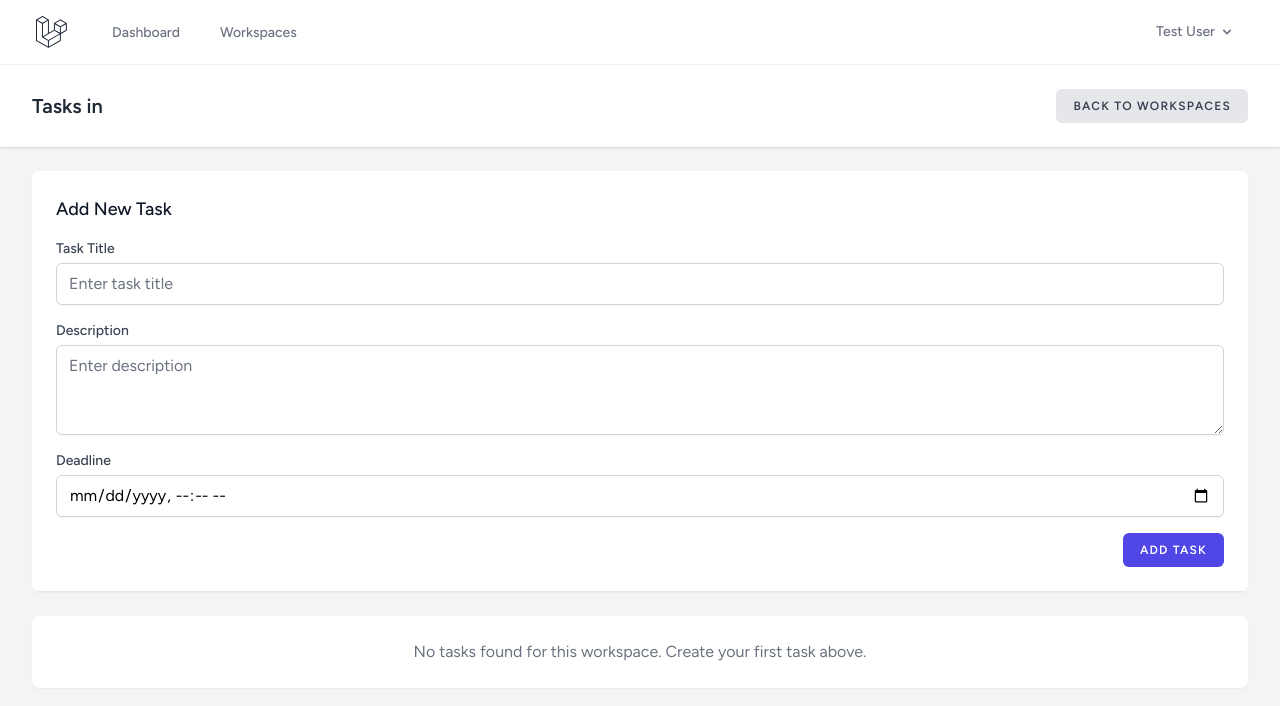
Repository: fauzan00/task-management
Page: resources/views/tasks/index.blade.php
These files come from the project's save history. The page is drawn as it stood at one moment and after the next save; the edit follows.
The browser window is 1280 px wide. The pictures show the whole page.
The page is served by the project's Laravel application, run on PHP 8.4 with Laravel 12. A made-up administrator, Test User (test@example.com), is signed in. Other server files are loaded and not shown. Style sheets and scripts are compiled from the project's sources, by tool versions that may differ from the author's. The template is opened directly, without the code that normally fills it, so the values that code supplies are empty.

Above is the page before, as saved 2025-08-13 00:00:17.

### app/Providers/AppServiceProvider.php
<?php

namespace App\Providers;

use App\Models\Task;
use App\Models\Workspace;
use App\Policies\TaskPolicy;
use App\Policies\WorkspacePolicy;
use Illuminate\Support\ServiceProvider;

class AppServiceProvider extends ServiceProvider
{
    protected $policies = [
        Workspace::class => WorkspacePolicy::class,
        Task::class => TaskPolicy::class,
    ];

    /**
     * Register any application services.
     */
    public function register(): void
    {
        //
    }

    /**
     * Bootstrap any application services.
     */
    public function boot(): void
    {
        //
            //   $this->registerPolicies();
    }
}

### routes/web.php
<?php

use App\Http\Controllers\DashboardController;
use App\Http\Controllers\ProfileController;
use App\Http\Controllers\TaskController;
use App\Http\Controllers\WorkspaceController;
use Illuminate\Support\Facades\Route;
use SebastianBergmann\CodeCoverage\Report\Html\Dashboard;

Route::get('/', function () {
    return view('welcome');
});

// Route::get('/dashboard', function () {
//     return view('dashboard');
// })->middleware(['auth', 'verified'])->name('dashboard');

Route::middleware('auth')->group(function () {
    Route::get('/profile', [ProfileController::class, 'edit'])->name('profile.edit');
    Route::patch('/profile', [ProfileController::class, 'update'])->name('profile.update');
    Route::delete('/profile', [ProfileController::class, 'destroy'])->name('profile.destroy');

    Route::resource('workspaces', WorkspaceController::class);

    Route::prefix('workspaces/{workspace}')->group(function () {
        Route::resource('tasks', TaskController::class)->except(['index']);
        Route::get('tasks', [TaskController::class, 'index'])->name('workspaces.tasks.index');
    });

    Route::get('/dashboard', [DashboardController::class, 'index'])->name('dashboard');

    // Route::get('/dashboard', function () {
    //     return view('dashboard');
    // })->name('dashboard');
});

require __DIR__.'/auth.php';

### app/Http/Controllers/Controller.php
<?php

namespace App\Http\Controllers;
use Illuminate\Foundation\Auth\Access\AuthorizesRequests;

abstract class Controller
{
    //
        use AuthorizesRequests;
}

### app/Models/User.php
<?php

namespace App\Models;

// use Illuminate\Contracts\Auth\MustVerifyEmail;
use Illuminate\Database\Eloquent\Factories\HasFactory;
use Illuminate\Foundation\Auth\User as Authenticatable;
use Illuminate\Notifications\Notifiable;

class User extends Authenticatable
{
    /** @use HasFactory<\Database\Factories\UserFactory> */
    use HasFactory, Notifiable;

    /**
     * The attributes that are mass assignable.
     *
     * @var list<string>
     */
    protected $fillable = [
        'name',
            'username',
        'email',
        'password',
    ];

    /**
     * The attributes that should be hidden for serialization.
     *
     * @var list<string>
     */
    protected $hidden = [
        'password',
        'remember_token',
    ];

    /**
     * Get the attributes that should be cast.
     *
     * @return array<string, string>
     */
    protected function casts(): array
    {
        return [
            'email_verified_at' => 'datetime',
            'password' => 'hashed',
        ];
    }

    public function workspaces()
    {
        return $this->hasMany(Workspace::class);
    }
}

### resources/views/tasks/index.blade.php
<x-app-layout>
    <x-slot name="header">
        <div class="flex justify-between items-center">
            <h2 class="font-semibold text-xl text-gray-800 leading-tight">
                Tasks in {{ $workspace->name }}
            </h2>
            <a href="{{ route('workspaces.index') }}"
                class="inline-flex items-center px-4 py-2 bg-gray-200 border border-transparent rounded-md font-semibold text-xs text-gray-700 uppercase tracking-widest hover:bg-gray-300 focus:bg-gray-300 active:bg-gray-400 focus:outline-none focus:ring-2 focus:ring-gray-500 focus:ring-offset-2 transition ease-in-out duration-150">
                Back to Workspaces
            </a>
        </div>
    </x-slot>

    <div class="py-6">
        <div class="max-w-7xl mx-auto sm:px-6 lg:px-8">
            <!-- Add Task Card -->
            <div class="bg-white overflow-hidden shadow-sm sm:rounded-lg mb-6">
                <div class="p-6 bg-white border-b border-gray-200">
                    <h3 class="text-lg font-medium text-gray-900 mb-4">Add New Task</h3>
                    <form action="{{ route('tasks.store', $workspace) }}" method="POST">
                        @csrf
                        <div class="mb-4">
                            <label for="title" class="block text-sm font-medium text-gray-700">Task Title</label>
                            <input type="text" name="title" id="title"
                                class="mt-1 block w-full rounded-md border-gray-300 shadow-sm focus:border-indigo-500 focus:ring-indigo-500"
                                placeholder="Enter task title" required>
                        </div>
                        <div class="mb-4">
                            <label for="description" class="block text-sm font-medium text-gray-700">Description</label>
                            <textarea name="description" id="description" rows="3"
                                class="mt-1 block w-full rounded-md border-gray-300 shadow-sm focus:border-indigo-500 focus:ring-indigo-500"
                                placeholder="Enter description"></textarea>
                        </div>
                        <div class="mb-4">
                            <label for="deadline" class="block text-sm font-medium text-gray-700">Deadline</label>
                            <input type="datetime-local" name="deadline" id="deadline"
                                class="mt-1 block w-full rounded-md border-gray-300 shadow-sm focus:border-indigo-500 focus:ring-indigo-500"
                                required min="{{ now()->format('Y-m-d\TH:i') }}">
                        </div>
                        <div class="flex justify-end">
                            <button type="submit"
                                class="inline-flex items-center px-4 py-2 bg-indigo-600 border border-transparent rounded-md font-semibold text-xs text-white uppercase tracking-widest hover:bg-indigo-700 focus:bg-indigo-700 active:bg-indigo-900 focus:outline-none focus:ring-2 focus:ring-indigo-500 focus:ring-offset-2 transition ease-in-out duration-150">
                                Add Task
                            </button>
                            {{-- <button type="submit" style="background: blue; color: white; padding: 10px;">Add
                                Task</button> --}}

                        </div>
                    </form>
                </div>
            </div>

            <!-- Tasks List -->
            @if ($tasks->isEmpty())
                <div class="bg-white overflow-hidden shadow-sm sm:rounded-lg">
                    <div class="p-6 text-center text-gray-500">
                        No tasks found for this workspace. Create your first task above.
                    </div>
                </div>
            @else
                <div class="space-y-4">
                    @foreach ($tasks as $task)
                        <div
                            class="bg-white overflow-hidden shadow-sm sm:rounded-lg {{ $task->completed ? 'border-l-4 border-green-500' : '' }}">
                            <div class="p-6">
                                <div class="flex justify-between items-start">
                                    <div class="flex-1 mr-4">
                                        <div class="flex items-center">
                                            <h3 class="text-lg font-medium text-gray-900">{{ $task->title }}</h3>
                                            @if ($task->completed)
                                                <span
                                                    class="ml-2 inline-flex items-center px-2.5 py-0.5 rounded-full text-xs font-medium bg-green-100 text-green-800">
                                                    Completed
                                                </span>
                                            @endif
                                        </div>
                                        @if ($task->description)
                                            <p class="mt-1 text-gray-600">{{ $task->description }}</p>
                                        @endif
                                        <div class="mt-2 flex items-center text-sm text-gray-500">
                                            <span class="mr-3">Created:
                                                {{ $task->created_at->diffForHumans() }}</span>
                                            @if ($task->completed)
                                                <span>Completed: {{ $task->completed_at->diffForHumans() }}</span>
                                            @endif
                                        </div>
                                    </div>
                                    <div class="flex flex-col items-end">
                                        <span
                                            class="inline-flex items-center px-2.5 py-0.5 rounded-full text-xs font-medium {{ $task->completed ? 'bg-green-100 text-green-800' : 'bg-yellow-100 text-yellow-800' }}">
                                            {{ $task->deadlineStatus() }}
                                        </span>
                                        <form action="{{ route('tasks.update', [$workspace, $task]) }}" method="POST"
                                            class="mt-2">
                                            @csrf
                                            @method('PUT')
                                            <label class="inline-flex items-center cursor-pointer">
                                                <input type="checkbox" name="completed" class="sr-only peer"
                                                    {{ $task->completed ? 'checked' : '' }}
                                                    onchange="this.form.submit()">
                                                <div
                                                    class="relative w-11 h-6 bg-gray-200 peer-focus:outline-none peer-focus:ring-4 peer-focus:ring-indigo-300 rounded-full peer peer-checked:after:translate-x-full peer-checked:after:border-white after:content-[''] after:absolute after:top-[2px] after:left-[2px] after:bg-white after:border-gray-300 after:border after:rounded-full after:h-5 after:w-5 after:transition-all peer-checked:bg-indigo-600">
                                                </div>
                                                <span
                                                    class="ml-2 text-sm font-medium text-gray-900">{{ $task->completed ? 'Completed' : 'Mark Complete' }}</span>
                                            </label>
                                        </form>
                                    </div>
                                </div>
                            </div>
                        </div>
                    @endforeach
                </div>
            @endif
        </div>
    </div>
</x-app-layout>

### resources/views/layouts/app.blade.php
<!DOCTYPE html>
<html lang="{{ str_replace('_', '-', app()->getLocale()) }}">

<head>
    <meta charset="utf-8">
    <meta name="viewport" content="width=device-width, initial-scale=1">
    <meta name="csrf-token" content="{{ csrf_token() }}">

    <title>{{ config('app.name', 'Laravel') }}</title>

    <!-- Fonts -->
    <link rel="preconnect" href="https://fonts.bunny.net">
    <link href="https://fonts.bunny.net/css?family=figtree:400,500,600&display=swap" rel="stylesheet" />

    <!-- Scripts -->
    @vite(['resources/css/app.css', 'resources/js/app.js'])
</head>

<body class="font-sans antialiased">
    <div class="min-h-screen bg-gray-100 dark:bg-gray-900">
        @include('layouts.navigation')

        <!-- Page Heading -->
        @isset($header)
            <header class="bg-white dark:bg-gray-800 shadow">
                <div class="max-w-7xl mx-auto py-6 px-4 sm:px-6 lg:px-8">
                    {{ $header }}
                </div>
            </header>
        @endisset

        <!-- Page Content -->
        <main>
            {{ $slot ?? '' }}
        </main>
    </div>
</body>

</html>

### resources/views/layouts/navigation.blade.php
<nav x-data="{ open: false }" class="bg-white dark:bg-gray-800 border-b border-gray-100 dark:border-gray-700">
    <!-- Primary Navigation Menu -->
    <div class="max-w-7xl mx-auto px-4 sm:px-6 lg:px-8">
        <div class="flex justify-between h-16">
            <div class="flex">
                <!-- Logo -->
                <div class="shrink-0 flex items-center">
                    <a href="{{ route('dashboard') }}">
                        <x-application-logo class="block h-9 w-auto fill-current text-gray-800 dark:text-gray-200" />
                    </a>
                </div>

                <!-- Navigation Links -->
                <div class="hidden space-x-8 sm:-my-px sm:ms-10 sm:flex">
                    <x-nav-link :href="route('dashboard')" :active="request()->routeIs('dashboard')">
                        {{ __('Dashboard') }}
                    </x-nav-link>
                    <x-nav-link :href="route('workspaces.index')" :active="request()->routeIs('workspaces.*')">
                        {{ __('Workspaces') }}
                    </x-nav-link>

                </div>
            </div>

            <!-- Settings Dropdown -->
            <div class="hidden sm:flex sm:items-center sm:ms-6">
                <x-dropdown align="right" width="48">
                    <x-slot name="trigger">
                        <button
                            class="inline-flex items-center px-3 py-2 border border-transparent text-sm leading-4 font-medium rounded-md text-gray-500 dark:text-gray-400 bg-white dark:bg-gray-800 hover:text-gray-700 dark:hover:text-gray-300 focus:outline-none transition ease-in-out duration-150">
                            <div>{{ Auth::user()->name }}</div>

                            <div class="ms-1">
                                <svg class="fill-current h-4 w-4" xmlns="http://www.w3.org/2000/svg"
                                    viewBox="0 0 20 20">
                                    <path fill-rule="evenodd"
                                        d="M5.293 7.293a1 1 0 011.414 0L10 10.586l3.293-3.293a1 1 0 111.414 1.414l-4 4a1 1 0 01-1.414 0l-4-4a1 1 0 010-1.414z"
                                        clip-rule="evenodd" />
                                </svg>
                            </div>
                        </button>
                    </x-slot>

                    <x-slot name="content">
                        <x-dropdown-link :href="route('profile.edit')">
                            {{ __('Profile') }}
                        </x-dropdown-link>

                        <!-- Authentication -->
                        <form method="POST" action="{{ route('logout') }}">
                            @csrf

                            <x-dropdown-link :href="route('logout')"
                                onclick="event.preventDefault();
                                                this.closest('form').submit();">
                                {{ __('Log Out') }}
                            </x-dropdown-link>
                        </form>
                    </x-slot>
                </x-dropdown>
            </div>

            <!-- Hamburger -->
            <div class="-me-2 flex items-center sm:hidden">
                <button @click="open = ! open"
                    class="inline-flex items-center justify-center p-2 rounded-md text-gray-400 dark:text-gray-500 hover:text-gray-500 dark:hover:text-gray-400 hover:bg-gray-100 dark:hover:bg-gray-900 focus:outline-none focus:bg-gray-100 dark:focus:bg-gray-900 focus:text-gray-500 dark:focus:text-gray-400 transition duration-150 ease-in-out">
                    <svg class="h-6 w-6" stroke="currentColor" fill="none" viewBox="0 0 24 24">
                        <path :class="{ 'hidden': open, 'inline-flex': !open }" class="inline-flex"
                            stroke-linecap="round" stroke-linejoin="round" stroke-width="2"
                            d="M4 6h16M4 12h16M4 18h16" />
                        <path :class="{ 'hidden': !open, 'inline-flex': open }" class="hidden" stroke-linecap="round"
                            stroke-linejoin="round" stroke-width="2" d="M6 18L18 6M6 6l12 12" />
                    </svg>
                </button>
            </div>
        </div>
    </div>

    <!-- Responsive Navigation Menu -->
    <div :class="{ 'block': open, 'hidden': !open }" class="hidden sm:hidden">
        <div class="pt-2 pb-3 space-y-1">
            <x-responsive-nav-link :href="route('dashboard')" :active="request()->routeIs('dashboard')">
                {{ __('Dashboard') }}
            </x-responsive-nav-link>
        </div>

        <!-- Responsive Settings Options -->
        <div class="pt-4 pb-1 border-t border-gray-200 dark:border-gray-600">
            <div class="px-4">
                <div class="font-medium text-base text-gray-800 dark:text-gray-200">{{ Auth::user()->name }}</div>
                <div class="font-medium text-sm text-gray-500">{{ Auth::user()->email }}</div>
            </div>

            <div class="mt-3 space-y-1">
                <x-responsive-nav-link :href="route('profile.edit')">
                    {{ __('Profile') }}
                </x-responsive-nav-link>

                <!-- Authentication -->
                <form method="POST" action="{{ route('logout') }}">
                    @csrf

                    <x-responsive-nav-link :href="route('logout')"
                        onclick="event.preventDefault();
                                        this.closest('form').submit();">
                        {{ __('Log Out') }}
                    </x-responsive-nav-link>
                </form>
            </div>
        </div>
    </div>
</nav>

Loaded but not shown: routes/auth.php (common file); app/Http/Controllers/Auth/EmailVerificationPromptController.php (common file); app/Http/Controllers/Auth/VerifyEmailController.php (common file); app/View/Components/AppLayout.php (common file); resources/views/components/application-logo.blade.php (common file); resources/views/components/nav-link.blade.php (common file); resources/views/components/dropdown-link.blade.php (common file); resources/views/components/dropdown.blade.php (common file); resources/views/components/responsive-nav-link.blade.php (common file); resources/css/app.css (common file); tailwind.config.js (common file); resources/js/app.js (common file); resources/js/bootstrap.js (common file)

After the next save:
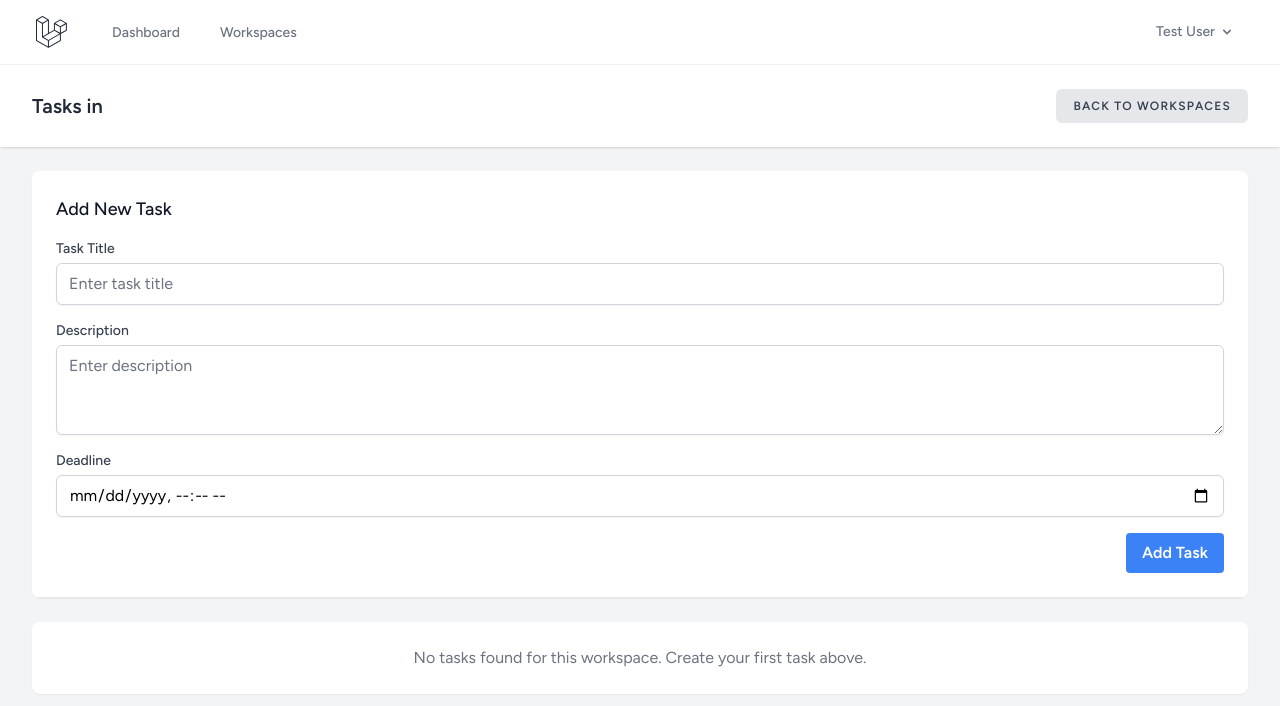
Saved 56 s later.
--- a/resources/views/tasks/index.blade.php
+++ b/resources/views/tasks/index.blade.php
@@ -39,9 +39,10 @@
                         </div>
                         <div class="flex justify-end">
                             <button type="submit"
-                                class="inline-flex items-center px-4 py-2 bg-indigo-600 border border-transparent rounded-md font-semibold text-xs text-white uppercase tracking-widest hover:bg-indigo-700 focus:bg-indigo-700 active:bg-indigo-900 focus:outline-none focus:ring-2 focus:ring-indigo-500 focus:ring-offset-2 transition ease-in-out duration-150">
+                                class="bg-blue-500 hover:bg-blue-700 text-white font-bold py-2 px-4 rounded">
                                 Add Task
                             </button>
+
                             {{-- <button type="submit" style="background: blue; color: white; padding: 10px;">Add
                                 Task</button> --}}
 
